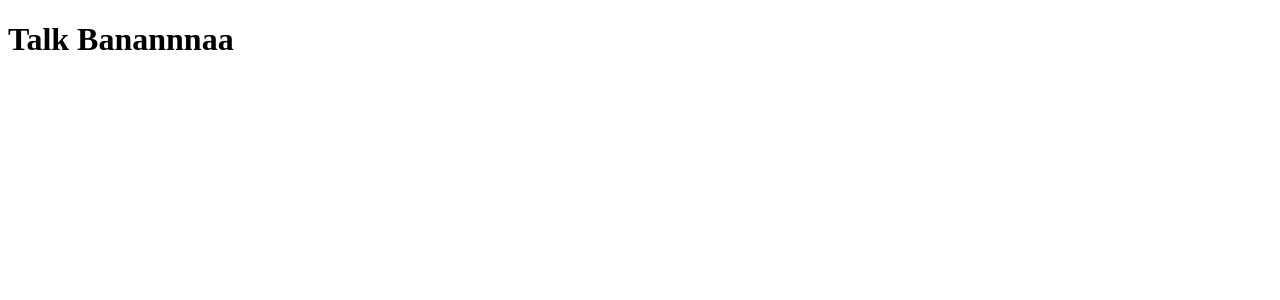
Repository: sohan2503001/Avator-speak
Page: index.html
The author's editor kept a copy of each file at every save. The page is drawn from the files as they stood at one save, then again after a run of saves.
The browser window is 1280 px wide. The pictures show the whole page.

Above is the page before, as saved 2021-04-20 18:36:52.

### index.html
<!DOCTYPE html>
<html lang="en">
<head>
    <meta charset="UTF-8">
    <meta http-equiv="X-UA-Compatible" content="IE=edge">
    <meta name="viewport" content="width=device-width, initial-scale=1.0">
    <title>Banana Speak</title>

</head>
<body>
    <script src="app.js" type="text/javascript"></script>
    <h1>Talk Banannnaa</h1>
</body>
</html>

Loaded but not shown: app.js (no stored copy; drawn as an empty file)

After the next 2 saves:
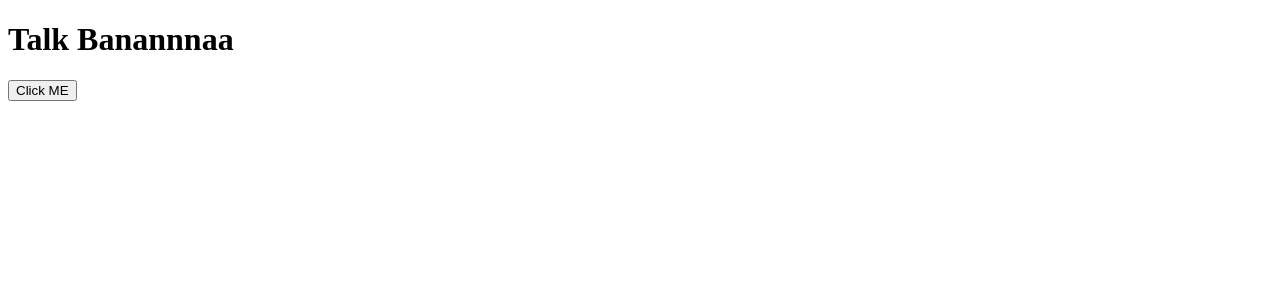
The 2 saves are shown as one change because they came seconds apart.
The last was saved 58 s later.
--- a/index.html
+++ b/index.html
@@ -10,5 +10,6 @@
 <body>
     <script src="app.js" type="text/javascript"></script>
     <h1>Talk Banannnaa</h1>
+    <button>Click ME</button>
 </body>
 </html>
